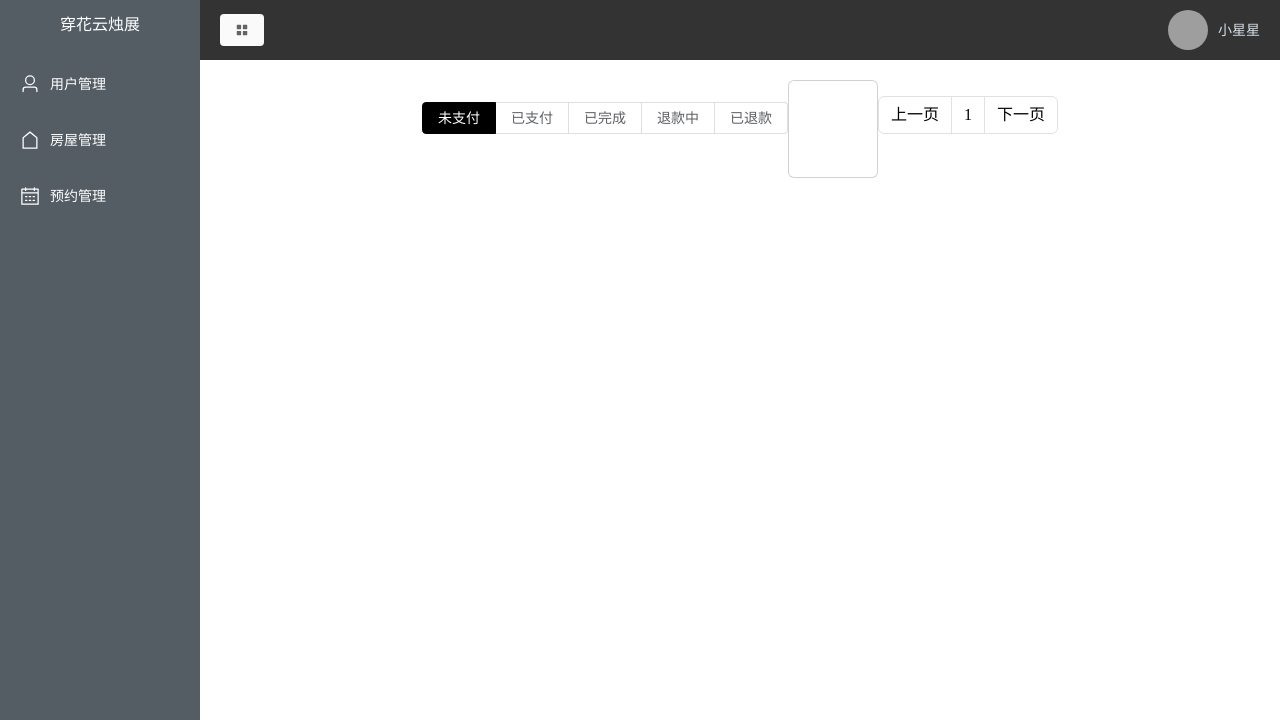
Repository: 3403784285-lucky/test-vue-big
Page: /manage/preview
These files come from the project's save history. The page is drawn as it stood at one moment and after the next save; the edit follows.
The browser window is 1280 px wide. The pictures show the whole page.
Pictures or frames that could not be fetched are drawn as grey boxes. The page's requests for data from a server got no answer. The project was rebuilt for these pictures with package versions that can differ from the ones it lists, and the page was loaded fresh each time. No one was signed in, and anything a server would have sent is missing. Also part of the build but not shown: vite.config.js, src/components/HelloWorld.vue, src/components/WelcomeItem.vue, src/components/icons/IconDocumentation.vue, src/components/icons/IconTooling.vue, src/components/icons/IconEcosystem.vue, src/components/icons/IconCommunity.vue, src/components/icons/IconSupport.vue and 2 more. Imported but missing from the stored project, and not drawn on this page: src/views/user/UserPassword.vue.

Above is the page before, as saved 2024-06-20 18:27:42.

After the next save:
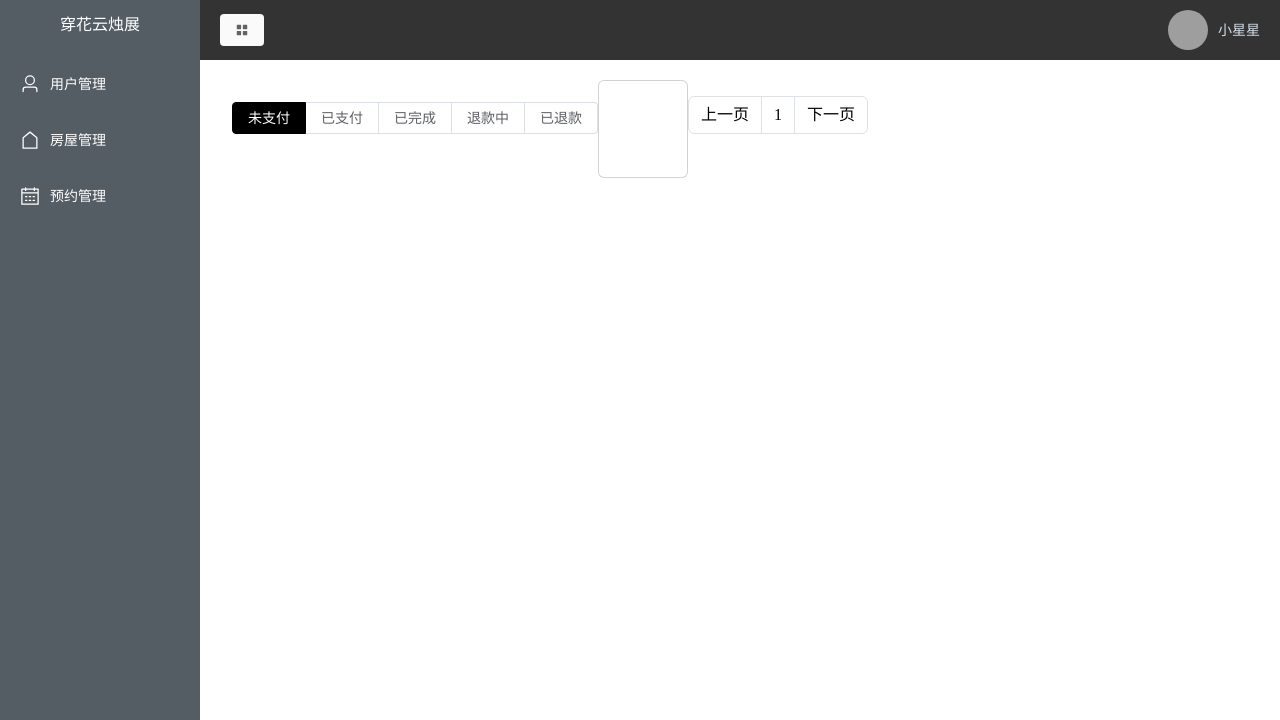
Saved 10 s later.
--- a/src/views/back/PreviewManage.vue
+++ b/src/views/back/PreviewManage.vue
@@ -1,5 +1,5 @@
 <template>
-  <div class="container" style="display: flex;justify-content: center;">
+  <div class="container" style="display: flex;">
     <div style="margin-top: 20px;margin-bottom: 20px;">
     <el-radio-group v-model="radio2" fill="black">
       <el-radio-button label="未支付" value="New York" />
